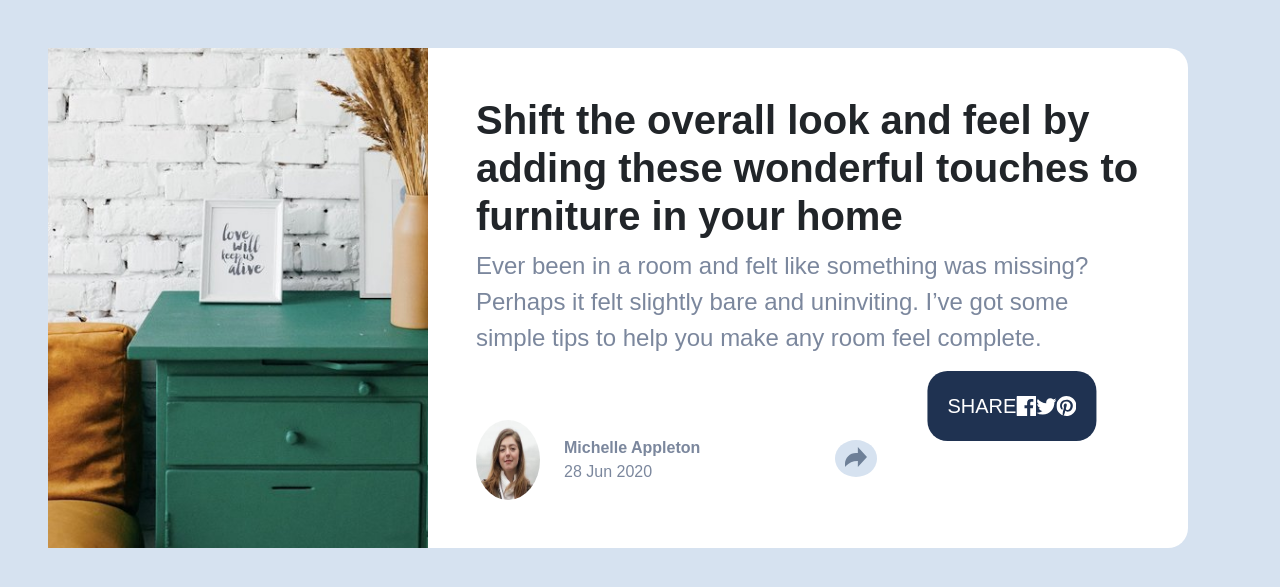
Repository: blordeus/article-preview-component
Page: index.html
These files come from the project's save history. The page is drawn as it stood at one moment and after the next save; the edit follows.
The browser window is 1280 px wide. The pictures show the whole page.

Above is the page before, as saved 2024-05-17 17:29:46.

After the next save:
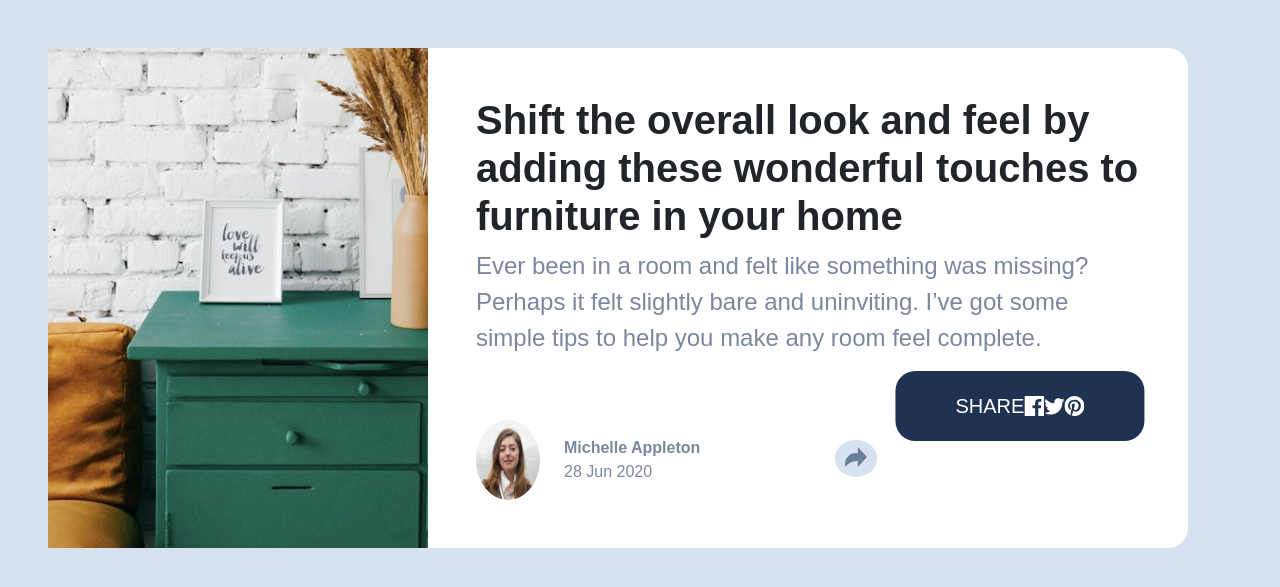
Saved 4 s later.
--- a/style.css
+++ b/style.css
@@ -62,7 +62,7 @@
 .popup {
     background-color: var(--dark-blue);
     border-radius: 20px;
-    padding: 4px 20px;
+    padding: 4px 60px;
     position: absolute;
     top: 50%;
     left: 50%;
